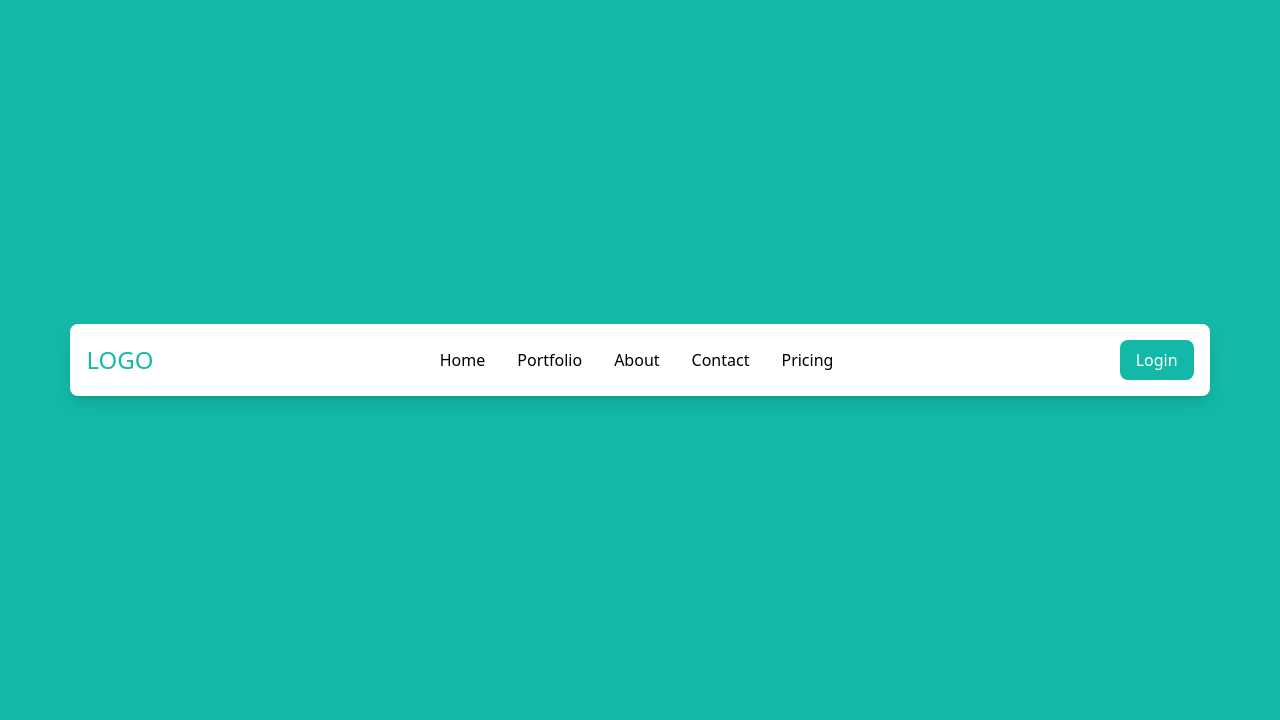
Repository: DevAntonioRogers/react-modal-with-dialog
Page: /, after clicking the first element matching `button.px-4`
The author's editor kept a copy of each file at every save. The page is drawn from the files as they stood at one save, then again after the next save.
The browser window is 1280 px wide. The pictures show the whole page.
The project was rebuilt for these pictures with package versions that can differ from the ones it lists, and the page was loaded fresh each time. Also part of the build but not shown: vite.config.ts.

Above is the page before, as saved 2023-05-10 09:05:47.

### src/App.tsx
import { useState } from "react";

function App() {
  const [showModal, setShowModal] = useState(false);

  return (
    <>
      <div className="flex items-center justify-center w-screen h-screen bg-teal-500">
        <nav className="flex justify-between items-center p-4 w-[89%] bg-white m-auto rounded-lg shadow-lg">
          <div>
            <h1 className="text-2xl text-teal-500">LOGO</h1>
          </div>

          <ul className="flex items-center gap-8">
            <li>
              <a href="#">Home</a>
            </li>
            <li>
              <a href="#">Portfolio</a>
            </li>
            <li>
              <a href="#">About</a>
            </li>
            <li>
              <a href="#">Contact</a>
            </li>
            <li>
              <a href="#">Pricing</a>
            </li>
          </ul>

          <div>
            <button
              onClick={() => setShowModal(!showModal)}
              className="px-4 py-2 bg-teal-500 text-white rounded-lg cursor-pointer"
            >
              Login
            </button>
          </div>
        </nav>
      </div>
      {showModal && (
        <dialog id="modal">
          <p>Greetings, one and all!</p>
          <form method="dialog">
            <button>OK</button>
          </form>
        </dialog>
      )}
    </>
  );
}

export default App;

Loaded but not shown: index.html (common file); src/main.tsx (common file); src/index.css (common file); tailwind.config.js (common file)

After the next save:
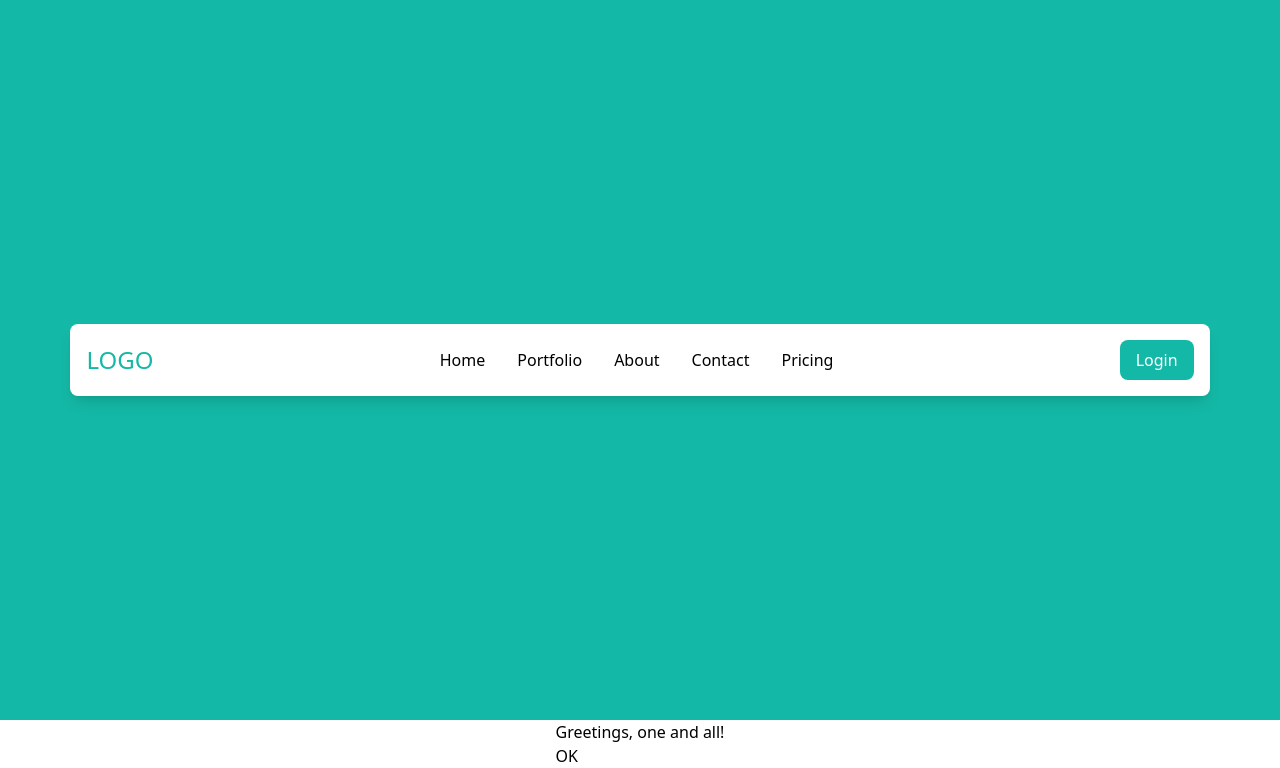
Saved 34 s later.
--- a/src/App.tsx
+++ b/src/App.tsx
@@ -40,7 +40,7 @@ function App() {
         </nav>
       </div>
       {showModal && (
-        <dialog id="modal">
+        <dialog open>
           <p>Greetings, one and all!</p>
           <form method="dialog">
             <button>OK</button>
